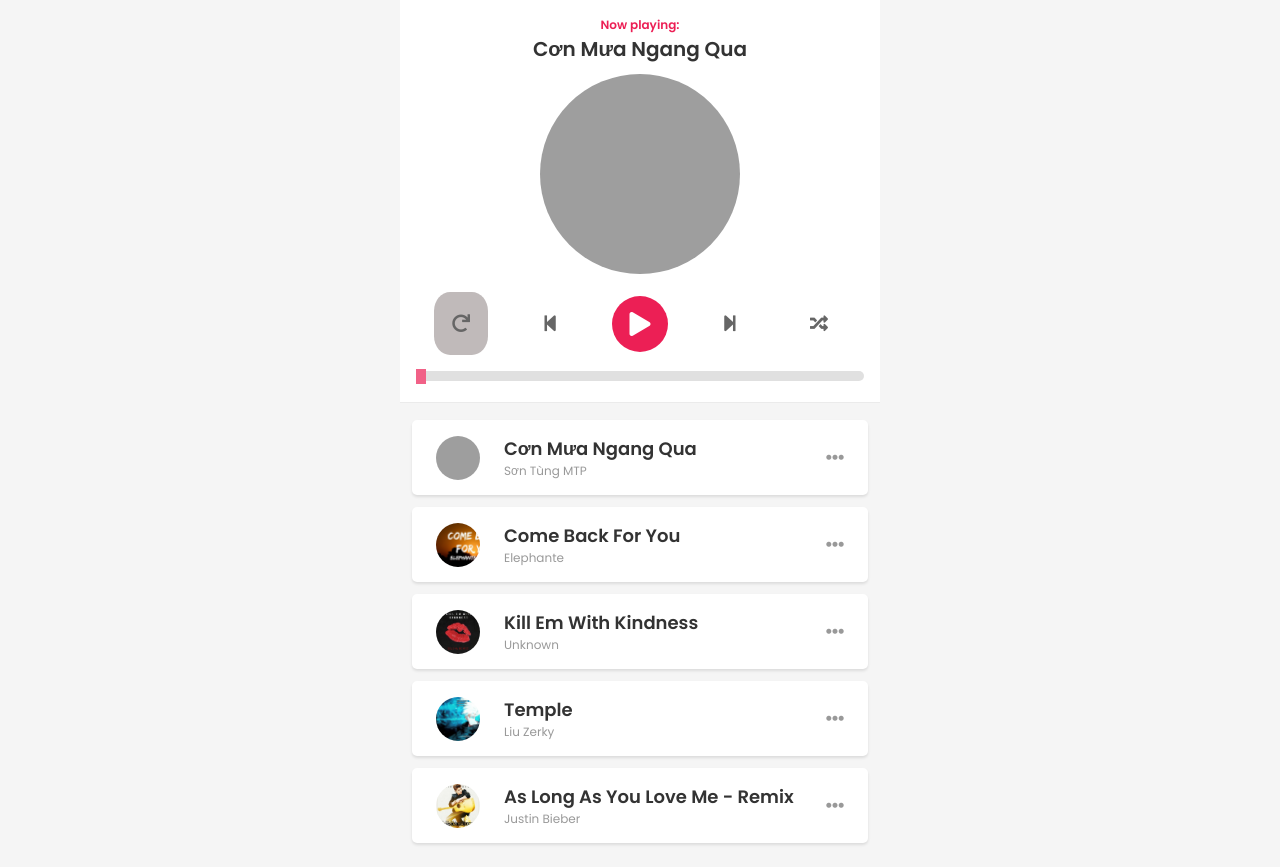
Repository: vandat598/musicPlayer
Page: index.html
An editor plug-in stored every save of this project. The page is shown before and after the next save, followed by the edit.
The browser window is 1280 px wide. The pictures show the whole page.
The pointer rests on the first visible `.control .btn`.
Pictures or frames that could not be fetched are drawn as grey boxes.

Above is the page before, as saved 2022-04-27 20:25:44.

After the next save:
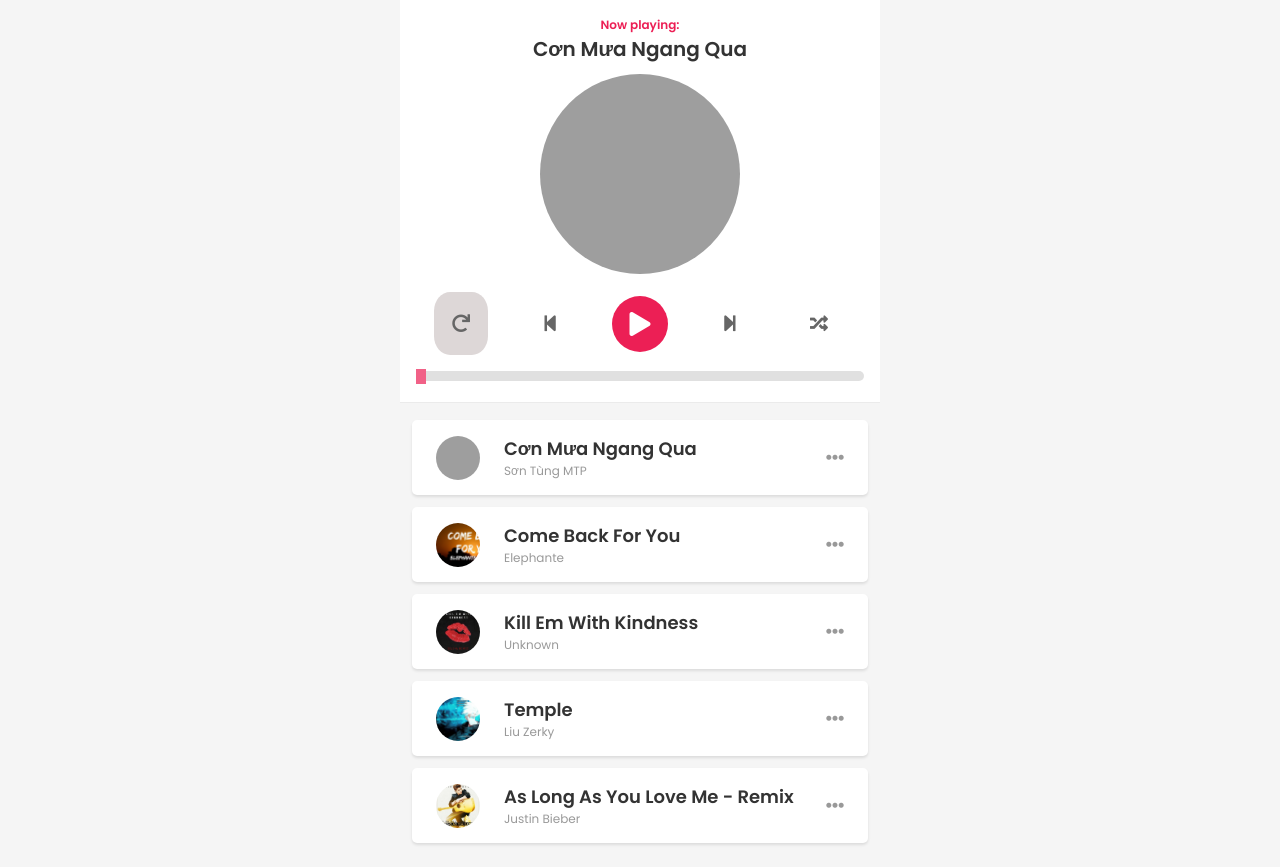
Saved 6 s later.
--- a/assets/css/style.css
+++ b/assets/css/style.css
@@ -93,7 +93,7 @@
   cursor: pointer;
 }
 .control .btn:hover {
-  background-color: rgb(192, 186, 186);
+  background-color: rgb(221, 215, 215);
   border-radius: 30%;
 }
 

After the save that followed:
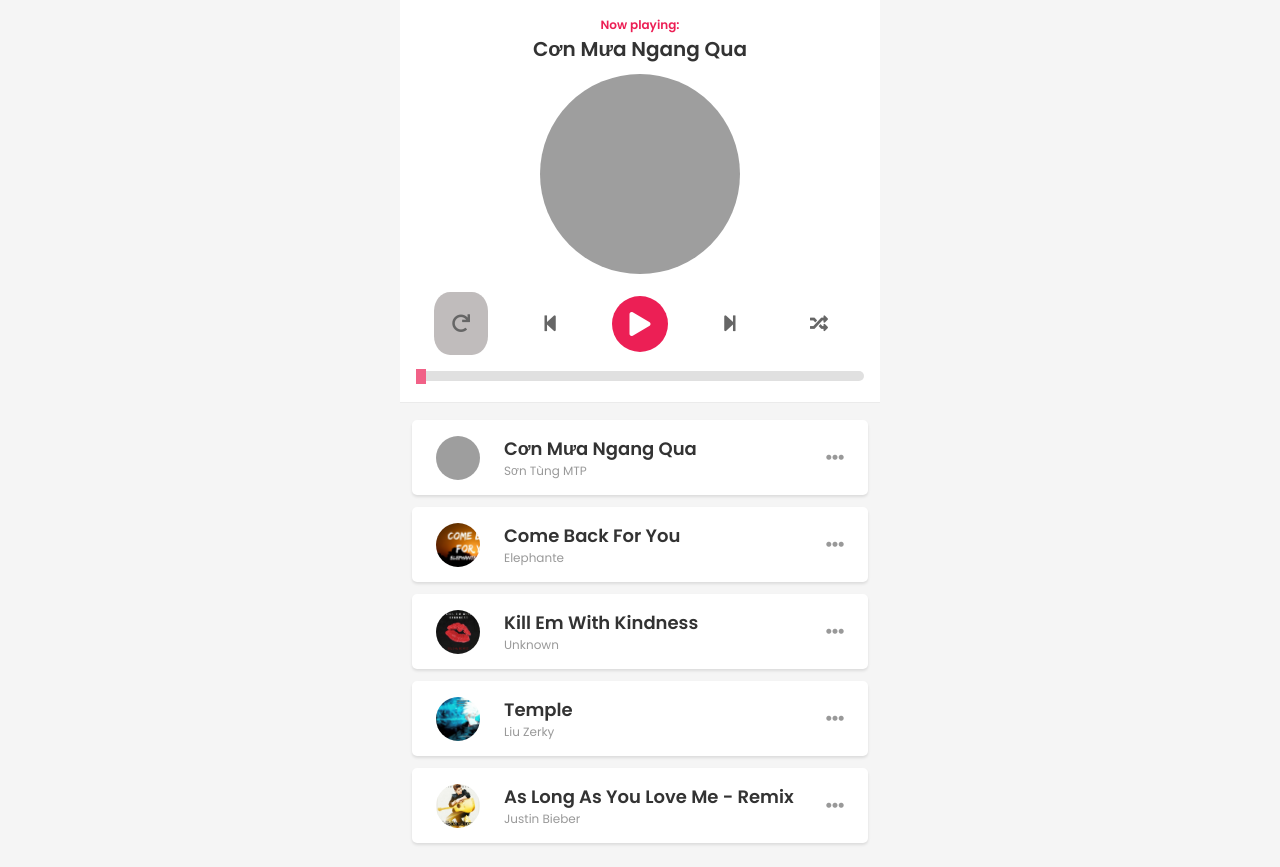
Saved 9 s later.
--- a/assets/css/style.css
+++ b/assets/css/style.css
@@ -93,7 +93,7 @@
   cursor: pointer;
 }
 .control .btn:hover {
-  background-color: rgb(221, 215, 215);
+  background-color: rgb(192, 188, 188);
   border-radius: 30%;
 }
 
